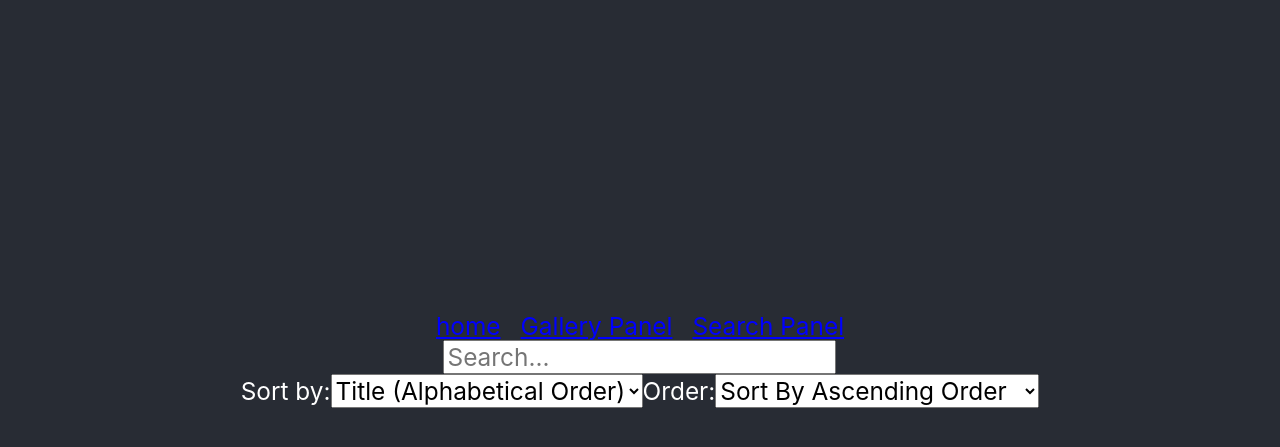
Repository: ZhengyuLi0929/ArtMuseum_ArtIC
Page: /list
An editor plug-in stored every save of this project. The page is shown before and after the next save, followed by the edit.
The browser window is 1280 px wide. The pictures show the whole page.
The project was rebuilt for these pictures with package versions that can differ from the ones it lists, and the page was loaded fresh each time. Also part of the build but not shown: src/home.tsx, src/gallery.tsx, src/details.tsx.

Above is the page before, as saved 2023-01-11 07:50:43.

### src/App.tsx
import React from 'react';
//import logo from './logo.svg';
import './App.css';
import {
  BrowserRouter as Router,
  Route,
  Routes,
  Link} from "react-router-dom"

import HomeView from './home';
import GalleryView from './gallery';
import ListView from './list';
import ItemDetails from './details';

function App() {
  return (
    <Router>
    <div className="App">
      <header className="App-header">
        <div style={{
            display: 'flex',
            flexWrap: 'nowrap',
            justifyContent: 'space-between'
        }}>
          <Link to ="/" style={{ color: 'blue', textDecoration: 'underline', marginRight: "20px"}}> home </Link>
          <Link to ="/gallery" style={{ color: 'blue', textDecoration: 'underline', marginRight: "20px" }}> Gallery Panel </Link>
          <Link to ="/list" style={{ color: 'blue', textDecoration: 'underline' }}> Search Panel </Link>
        </div>
          <Routes>
            <Route path = "/" element = {<HomeView></HomeView>}/>
            <Route path = "/gallery" element = {<GalleryView></GalleryView>}/>
            <Route path = "/list" element = {<ListView></ListView>}/>
            <Route path="/items/:itemId" element={<ItemDetails></ItemDetails>} />
          </Routes>
      </header>
    </div>
    </Router>
  );
}

export default App;

### src/list.tsx
import * as React from 'react';
import axios from 'axios';
import { ResultType } from '@remix-run/router/dist/utils';
import { Link } from 'react-router-dom';

interface Image {
  id: number;
  image_id: string;
  title: string;
  url: string;
//   date_start: string;
  _score: number;
}

interface State {
  searchTerm: string;
  searchResults: Image[];
//   sorted: Image[];
  sortBy: 'title' | 'id';
  isAscending: 'false' | 'true';
}

const api = axios.create({ baseURL: 'https://api.artic.edu/api/v1/' });

class ListView extends React.Component<{}, State> {
  constructor(props: {}) {
    super(props);
    this.state = {
      searchTerm: '',
      searchResults: [],
    //   sorted: [],
      sortBy: 'title',
      isAscending: 'false',
    };
  }

  handleSortChange = (event: React.ChangeEvent<HTMLSelectElement>) => {
    this.setState({ sortBy: event.target.value as 'title' | 'id' });
    this.sortSearchResults();
  }

  handleSortOrderChange = (event: React.ChangeEvent<HTMLSelectElement>) => {
    this.setState({ isAscending: event.target.value as 'false' | 'true' });
    this.sortSearchResults();
  }

//   = async (event: React.ChangeEvent<HTMLInputElement>) => {
//     this.setState({searchTerm: event.target.value});

    // make the api call
    // try {
    //     const response = await api.get(`artworks/search?q=${this.state.searchTerm}&&fields=id,title,image_id&&limit=50`);
    //     const tempResults = response.data.data.map((image: Image) => {
    //       return {
    //         id: image.id,
    //         title: image.title,
    //         url: `http://www.artic.edu/iiif/2/${image.image_id}/full/843,/0/default.jpg`
    //       }
    //     });
    //     this.setState({ searchResults: tempResults });
    // } catch (error) {
    //     console.log(error);
    // }


  sortSearchResults = () => {
    const { searchResults, sortBy, isAscending } = this.state;
    let sortedSearchResults = [...searchResults];
    if (sortBy === 'title') {
        if (isAscending === 'true') {
            sortedSearchResults.sort((a: Image, b: Image) => (a.title > b.title) ? 1 : -1);
        }
        else{
            sortedSearchResults.sort((a: Image, b: Image) => (a.title > b.title) ? -1 : 1);
        }
    } else {
        if (isAscending === 'true') {
            sortedSearchResults.sort((a: Image, b: Image) => (a.id > b.id) ? 1 : -1);
        }
        else{
            sortedSearchResults.sort((a: Image, b: Image) => (a.id > b.id) ? -1 : 1);
        }
    }
    this.setState({ searchResults: sortedSearchResults });
  }


  handleSearch = async (event: React.ChangeEvent<HTMLInputElement>) => {
    this.setState({searchTerm: event.target.value});
    try {
        const searchResponse = await api.get(`artworks/search?q=${this.state.searchTerm}&&fields=id,title,image_id&&limit=50`);
        const searchResults = searchResponse.data.data.map((image: Image) => {
          return {
            id: image.id,
            title: image.title,
            image_id: image.image_id,
            url: `http://www.artic.edu/iiif/2/${image.image_id}/full/843,/0/default.jpg`,
            // date_start: artworkData.date_start,
            _score: image._score
          }
        });
        searchResults.sort((a: Image, b: Image) => (a.title > b.title) ? 1 : -1);
        this.setState({ searchResults });
      } catch (error) {
        console.log(error);
      }
  }

  render() {
    return (
      <div>
        <input
          type="text"
          placeholder="Search..."
          value={this.state.searchTerm}
          onChange={this.handleSearch}
        />
        <div>
          <label>
            Sort by:
            <select value={this.state.sortBy} onChange={this.handleSortChange}>
              <option value="title">Title (Alphabetical Order) </option>
              <option value="score">ID (assigned by ArtIC)</option>
            </select>
          </label>
          <label>
            Order:
            <select value={this.state.isAscending} onChange={this.handleSortOrderChange}>
              <option value= 'false'>Sort By Ascending Order </option>
              <option value= 'true'> Sort By Descending Order </option>
            </select>
          </label>
        </div>
        <div>
          {this.state.searchResults.map((result, index) => (
            <li className="w3-bar" key={result.id}>
            <Link to = {`/items/${result.id}`} className="listrow">
              <h2>{result.title}</h2>
              <h2>ID: {result.id}</h2>
              <img src={result.url} height = "200" alt={result.title}/>
            </Link>
            </li>
          ))}
        </div>
      </div>
    );
  }

}

export default ListView;



// export default function ListView(){
    // interface Image{
    //     id: number
    //     image_id: string
    //     title: string
    //     _score: number
    // }
    // const [imagesUrl, setImagesUrl] = useState<string[]>([]);
    // const [title, setTitle] = useState<string []>([]);

    // const api = axios.create({baseURL: 'https://api.artic.edu/api/v1/'})

    // api.get('artworks/search?q=monet&&fields=id,title,image_id&&limit=50')
    //     .then((res) => {
    //         const tempImage : string [] = []
    //         const tempTitle: string [] = []
    //         if (res.data) {
    //             res.data.data.map
    //             ((image: Image) =>{tempImage.push(`http://www.artic.edu/iiif/2/${image.image_id}/full/843,/0/default.jpg`)})
    //             res.data.data.map((image:Image) => {tempTitle.push(`${image.title}`)})
    //             setImagesUrl(tempImage)
    //             setTitle(tempTitle)
    //         }
    //     }
    //     )

//     return(
//         <div>
//             <div>
//                 Here is the Gallery Panel!
//             </div>
//             {
//                 imagesUrl.length ? imagesUrl.map(
//                     (url:string) => {
//                         return (
//                         <img src = {url} height = "200"></img>
//                         )
//                     }
//                 ) : <></>
//             }
//             {/* {
//                 title.length ? title.map(
//                     (name:string) => {
//                         return (
//                         <div>{name}</div>
//                         )
//                     }
//                 ) : <></>
//             } */}
//         </div>
//     )
// }

Loaded but not shown: public/index.html (common file); src/index.tsx (common file); src/index.css (common file); src/reportWebVitals.ts (common file); src/App.css (common file)

After the next save:
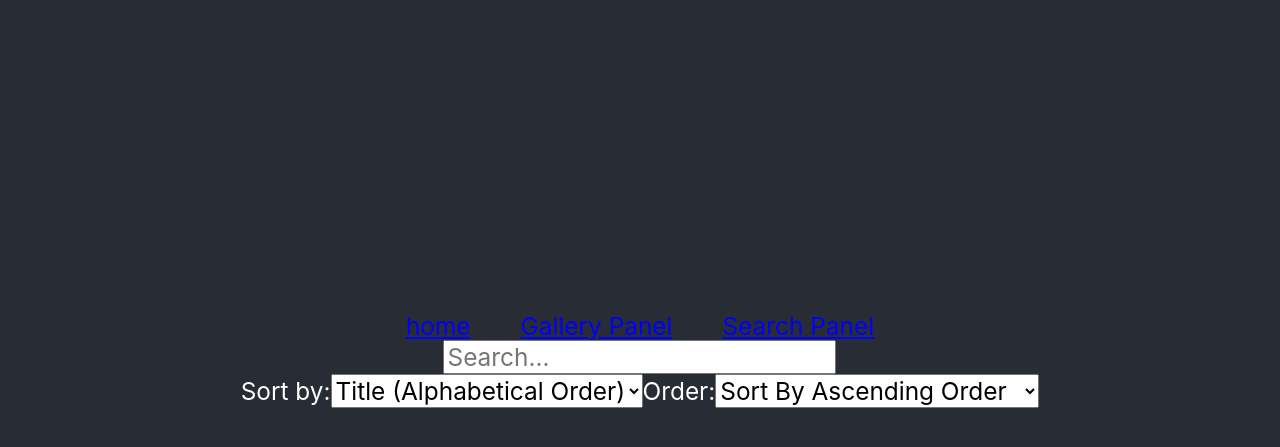
Saved 8 s later.
--- a/src/App.tsx
+++ b/src/App.tsx
@@ -22,8 +22,8 @@ function App() {
             flexWrap: 'nowrap',
             justifyContent: 'space-between'
         }}>
-          <Link to ="/" style={{ color: 'blue', textDecoration: 'underline', marginRight: "20px"}}> home </Link>
-          <Link to ="/gallery" style={{ color: 'blue', textDecoration: 'underline', marginRight: "20px" }}> Gallery Panel </Link>
+          <Link to ="/" style={{ color: 'blue', textDecoration: 'underline', marginRight: "50px"}}> home </Link>
+          <Link to ="/gallery" style={{ color: 'blue', textDecoration: 'underline', marginRight: "50px" }}> Gallery Panel </Link>
           <Link to ="/list" style={{ color: 'blue', textDecoration: 'underline' }}> Search Panel </Link>
         </div>
           <Routes>
